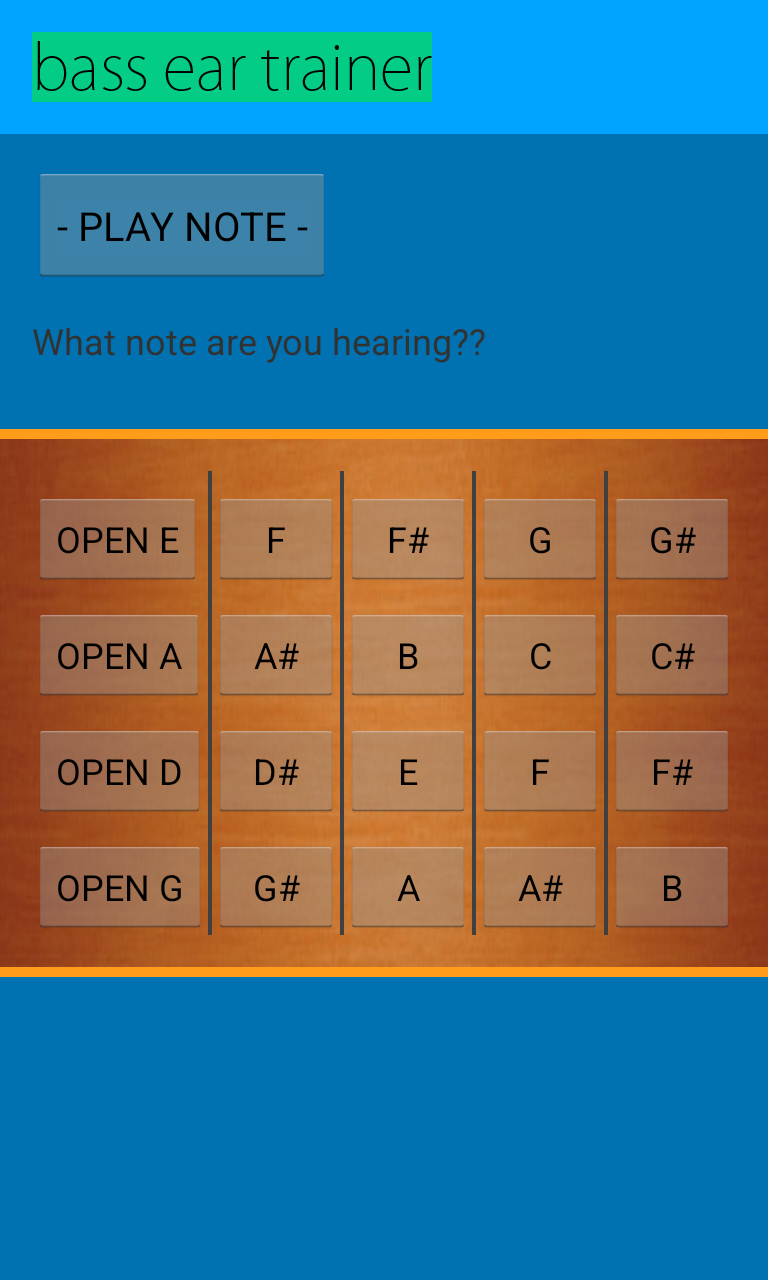
Repository: elliott-ribner/android-guitar-trainer
Layout: randomnotegenerator/res/layout/activity_main.xml
An editor plug-in stored every save of this project. The layout is shown before and after the next save, followed by the edit.
It is drawn on a 768 x 1280 px phone screen (xhdpi) without system bars, with theme AppTheme; the app's code is not run.

Above is the layout before, as saved 2014-06-09 01:35:07.

After the next save:
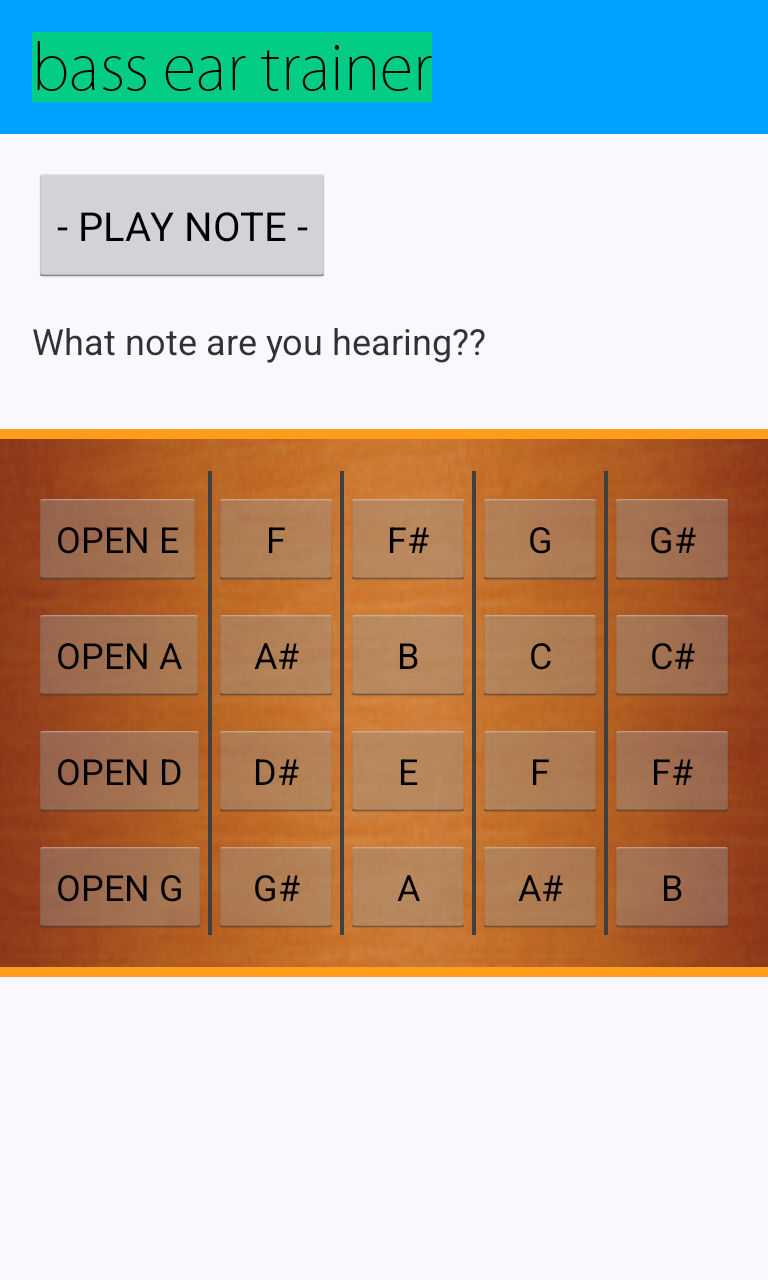
Saved 118 s later.
--- a/randomnotegenerator/res/layout/activity_main.xml
+++ b/randomnotegenerator/res/layout/activity_main.xml
@@ -2,7 +2,7 @@
     xmlns:tools="http://schemas.android.com/tools"
     android:layout_width="match_parent"
     android:layout_height="match_parent"
-    android:background="#0072B2"
+    android:background="#FAF8FF"
     android:orientation="vertical"
     tools:context="com.elliott.randomnotegenerator.MainActivity$PlaceholderFragment" >
 
